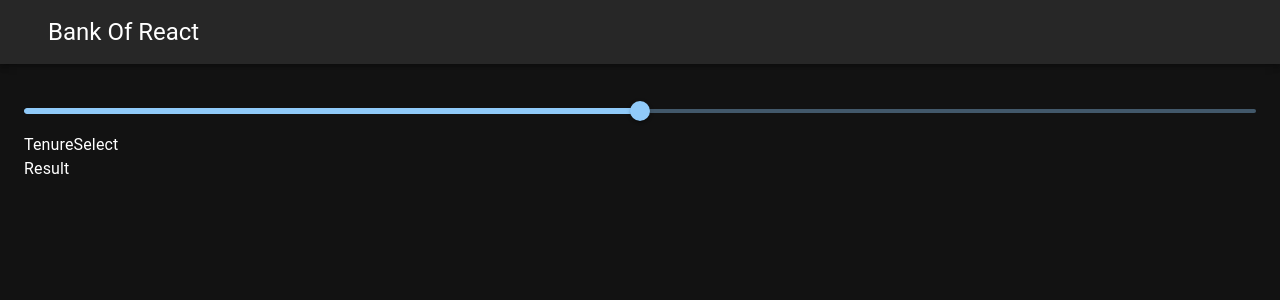
Repository: MikeeBuilds/mortgage-calculator
Page: /
An editor plug-in stored every save of this project. The page is shown before and after the next save, followed by the edit.
The browser window is 1280 px wide. The pictures show the whole page.
The project was rebuilt for these pictures with package versions that can differ from the ones it lists, and the page was loaded fresh each time.

Above is the page before, as saved 2023-04-03 18:29:14.

After the next save:
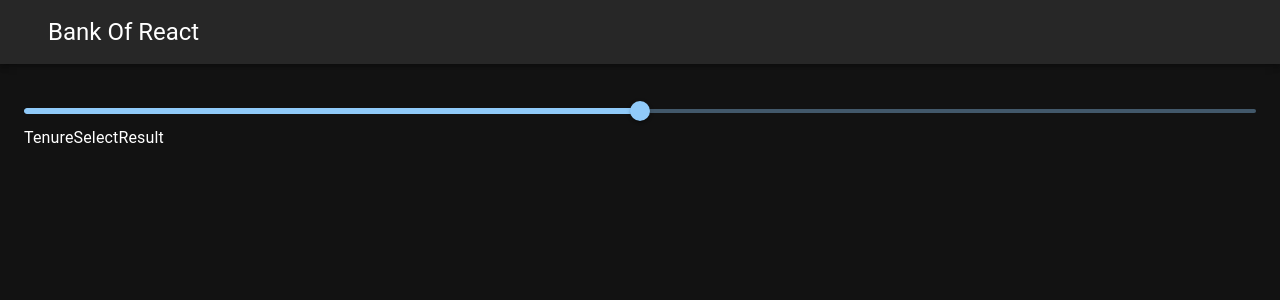
Saved 4 s later.
--- a/src/App.js
+++ b/src/App.js
@@ -10,7 +10,7 @@ function App() {
     <div className="App">
       <Navbar />
       <Container maxWidth="xl" sx={{ marginTop: 4 }}>
-        <Grid >
+        <Grid container>
         <SliderSelect />
         <TenureSelect />
         <Result />
